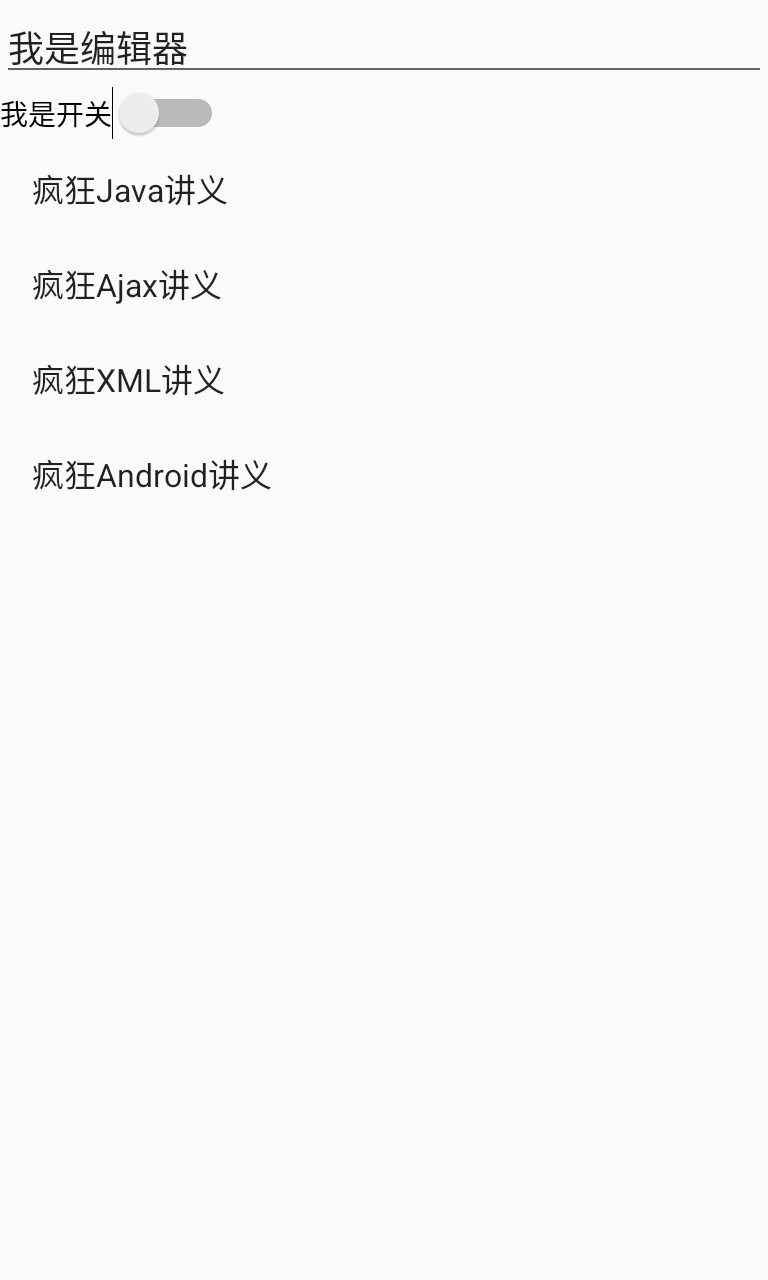
Repository: BingoBinBingo/androidWorkPlace
Layout: firstAndroid/res/layout/activity_main.xml
An editor plug-in stored every save of this project. The layout is shown before and after the next save, followed by the edit.
It is drawn on a 768 x 1280 px phone screen (xhdpi) without system bars, with theme AppTheme; the app's code is not run. Lists and similar views that code fills are empty.

Above is the layout before, as saved 2015-08-26 09:32:44.

### firstAndroid/res/layout/activity_main.xml
<?xml version="1.0" encoding="utf-8"?>
<LinearLayout xmlns:android="http://schemas.android.com/apk/res/android"
    android:layout_width="match_parent"
    android:layout_height="match_parent"
    android:orientation="vertical" >

    <EditText
        android:id="@+id/myEdit"
        android:text="@string/editTextContent"
        android:layout_height="wrap_content"
        android:layout_width="match_parent"
        android:inputType="text"
        />
	<Switch
	    android:id="@+id/mySwi"
	    android:layout_height="wrap_content"
	    android:layout_width="wrap_content"
	    android:text="我是开关"
	    />
	<ListView
	    android:id="@+id/myList"
	    android:layout_width="match_parent"
	    android:layout_height="wrap_content"
	    android:entries="@array/books"
	    android:divider="#0000FF"

	    />

</LinearLayout>

### firstAndroid/res/values/strings.xml
<?xml version="1.0" encoding="utf-8"?>
<resources>
    <string name="app_name">firstAndroid</string>
    <string name="hello_world">Hello world!  --- To Chen huan huan</string>
    <string name="action_settings">Settings</string>
    <string name="huangbinbtn">黄彬的按钮</string>
    <string name="editTextContent">我是编辑器</string>
</resources>

### firstAndroid/res/values/arrays.xml
<?xml version="1.0" encoding="utf-8"?>
<resources>
	<string-array name = "books" >
		<item>疯狂Java讲义</item>
		<item>疯狂Ajax讲义</item>
		<item>疯狂XML讲义</item>
		<item>疯狂Android讲义</item>
	</string-array>
</resources>

Loaded but not shown: firstAndroid/res/values/styles.xml (common file); firstAndroid/res/values-v11/styles.xml (common file); firstAndroid/res/values-v14/styles.xml (common file)

After the next save:
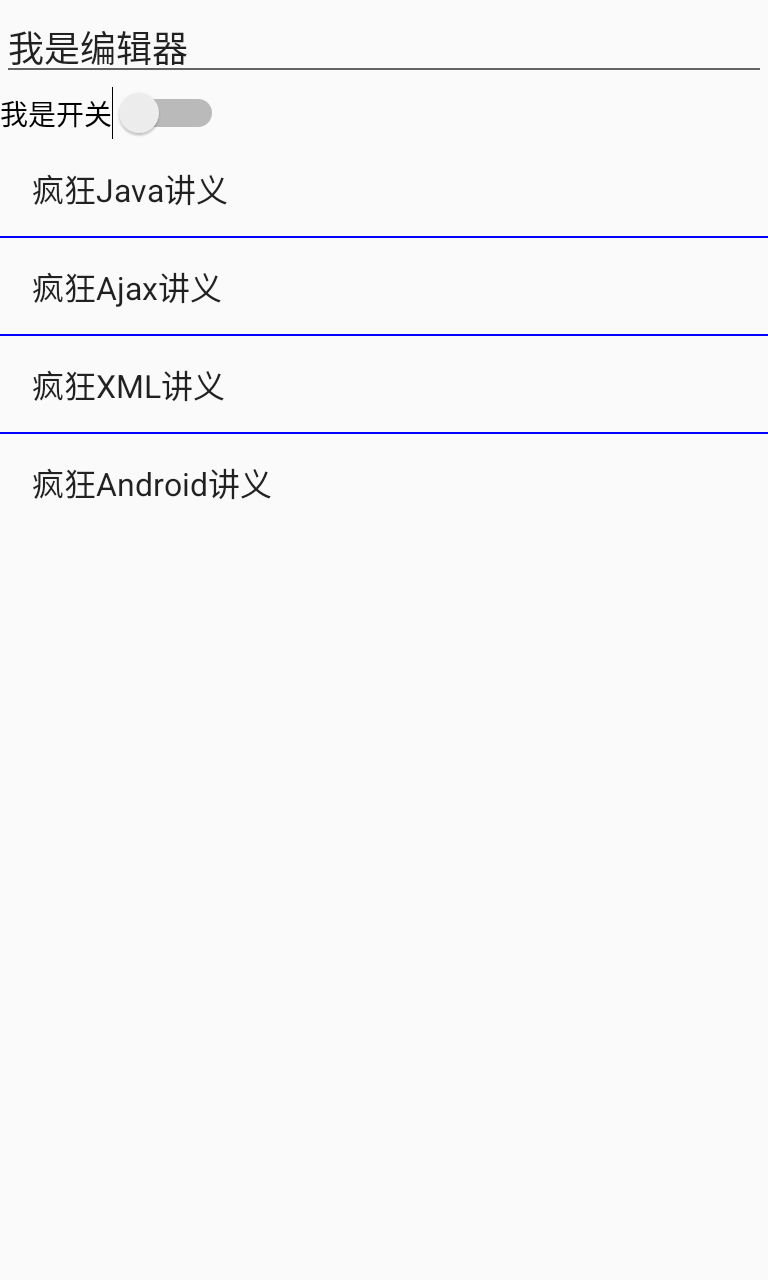
Saved 14 s later.
--- a/firstAndroid/res/layout/activity_main.xml
+++ b/firstAndroid/res/layout/activity_main.xml
@@ -23,6 +23,7 @@
 	    android:layout_height="wrap_content"
 	    android:entries="@array/books"
 	    android:divider="#0000FF"
+	    android:dividerHeight="2px"
 
 	    />
 
